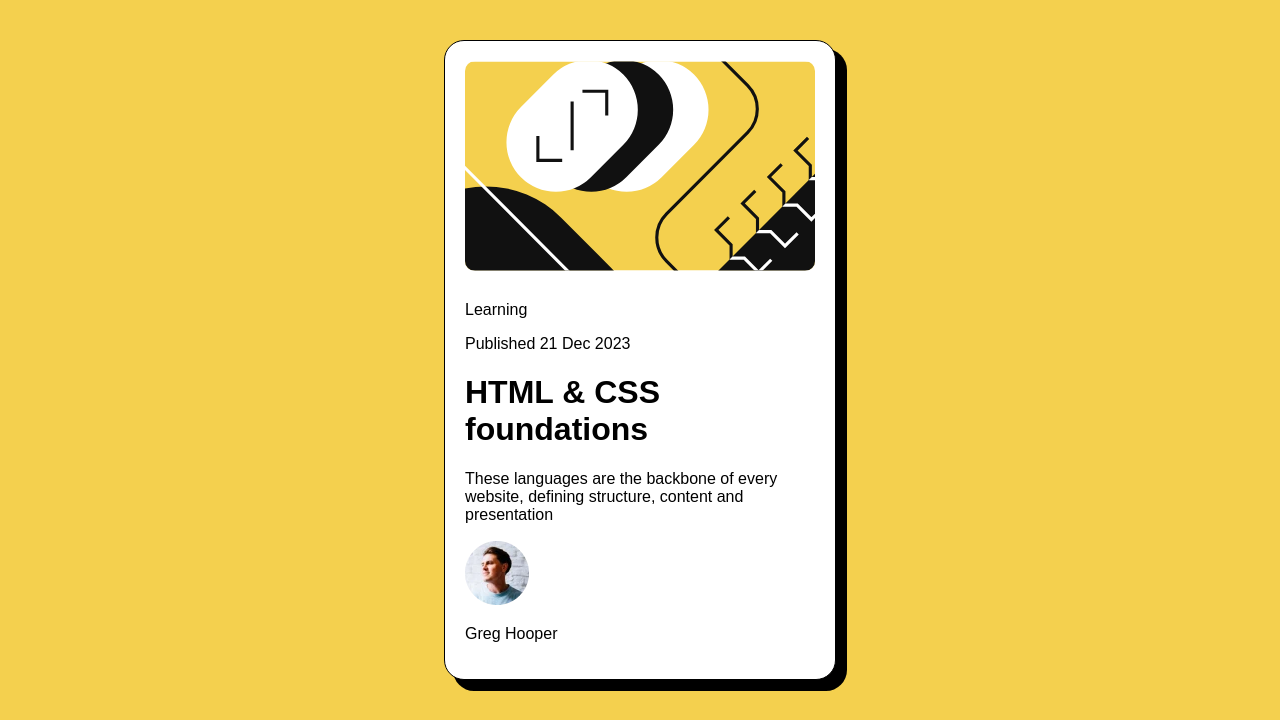
Repository: brandontaylor1/blogpreviewcard
Page: index.html
An editor plug-in stored every save of this project. The page is shown before and after a run of saves, followed by the edit.
The browser window is 1280 px wide. The pictures show the whole page.

Above is the page before, as saved 2024-12-25 11:04:15.

After the next 2 saves:
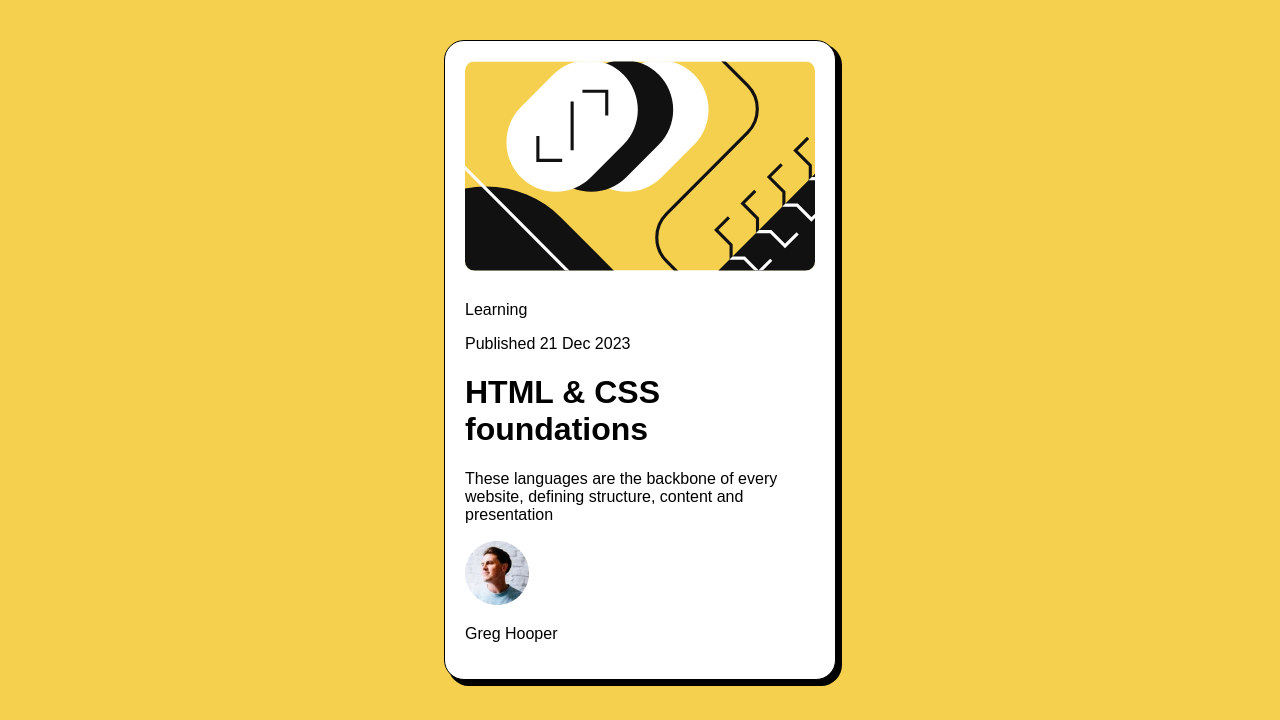
The 2 saves are shown as one change because they came seconds apart.
The last was saved 9 s later.
--- a/index.css
+++ b/index.css
@@ -35,7 +35,7 @@ body {
     padding: 20px;
     border-radius: 20px;
     border: 1px solid black;
-    box-shadow: 10px 10px 0 1px rgba(0, 0, 0, 1);
+    box-shadow: 5px 5px 0 1px rgba(0, 0, 0, 1);
 }
 
 .heading-img {
